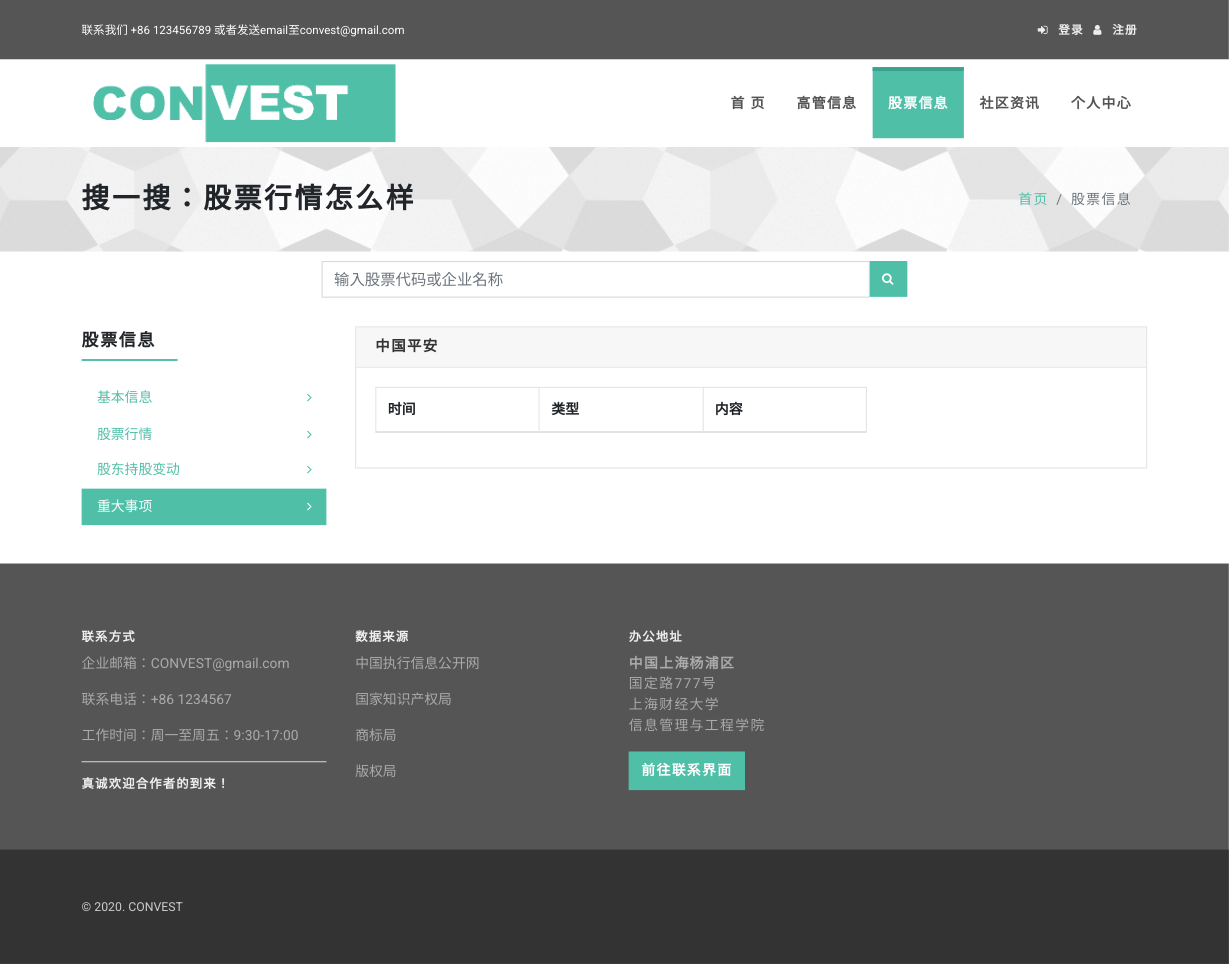
Repository: SUFELYZ/CONVEST
Page: http://localhost/CONVEST/template-blocks.jsp
An editor plug-in stored every save of this project. The page is shown before and after the next save, followed by the edit.
The browser window is 1280 px wide. The pictures show the whole page, at 96% of full size.
The page is served by Tomcat 9.

Above is the page before, as saved 2021-01-05 18:36:03.

After the next save:
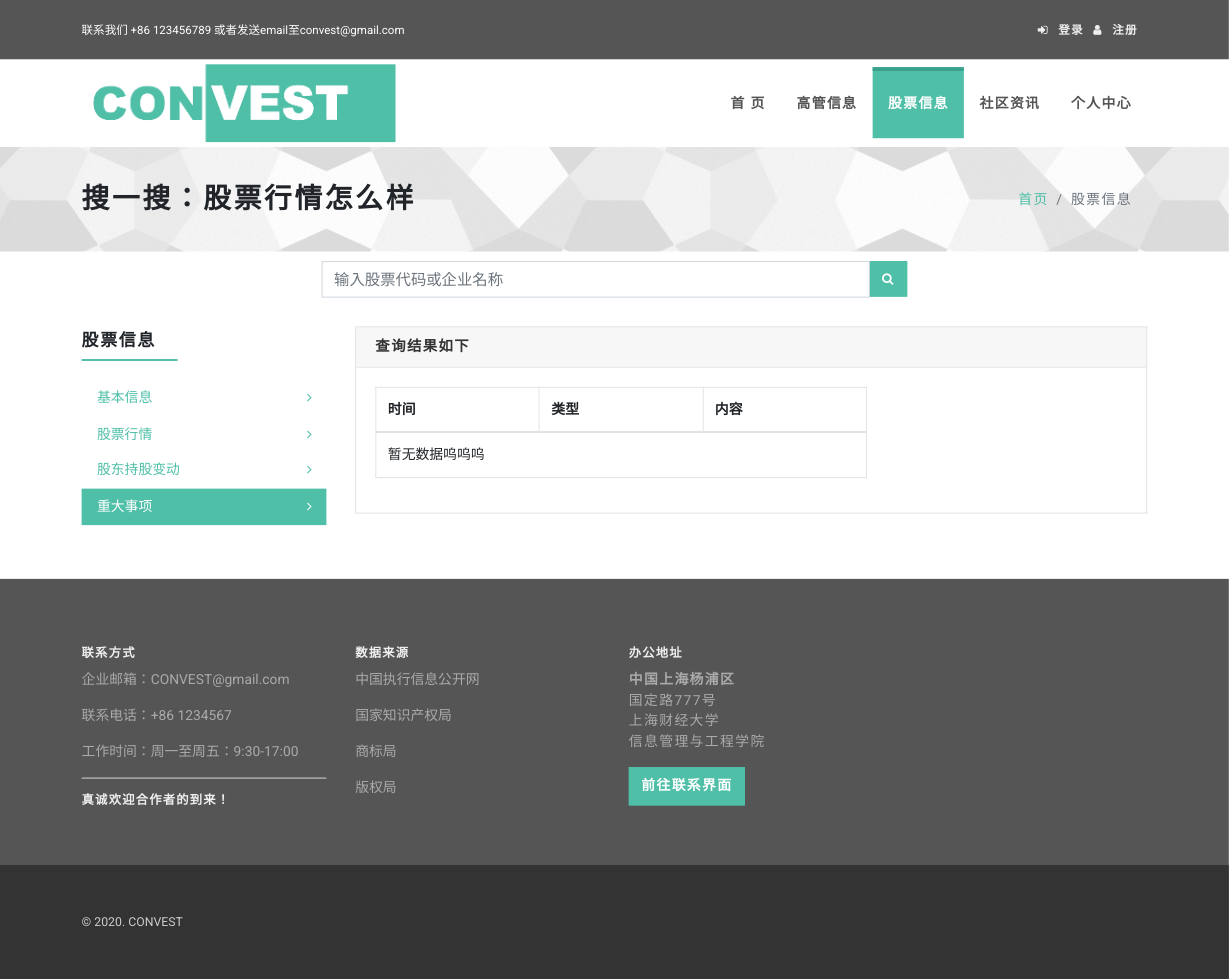
Saved 49 s later.
--- a/CONVEST 1.0/CONVEST/WebContent/template-blocks.jsp
+++ b/CONVEST 1.0/CONVEST/WebContent/template-blocks.jsp
@@ -180,7 +180,7 @@
               <div id="accordion" role="tablist" class="mb-5">
                 <div class="card">
                   <div id="headingOne" role="tab" class="card-header">
-                    <h5 class="mb-0"><a data-toggle="collapse" href="#collapseOne" aria-expanded="true" aria-controls="collapseOne">中国平安</a></h5>
+                    <h5 class="mb-0"><a data-toggle="collapse" href="#collapseOne" aria-expanded="true" aria-controls="collapseOne">查询结果如下</a></h5>
                   </div>
                   <div id="collapseOne" role="tabpanel" aria-labelledby="headingOne" data-parent="#accordion" class="collapse show">
                     <div class="card-body">
@@ -311,6 +311,26 @@
 	    });
 
  });
+  jQuery('#stock_event').dataTable({
+	     "bLengthChange": false, //开关，是否显示每页显示多少条数据的下拉框
+	     'iDisplayLength': 2, //每页初始显示5条记录
+	     'bFilter': false,  //是否使用内置的过滤功能（是否去掉搜索框）
+	     "bInfo": false, //开关，是否显示表格的一些信息(当前显示XX-XX条数据，共XX条)
+	     "bPaginate": false, //开关，是否显示分页器
+	     "bSort": false, //是否可排序
+
+	     "oLanguage": {  //语言转换
+	       "sInfo": "显示第 _START_ 至 _END_ 项结果，共_TOTAL_ 项",
+	       "sZeroRecords": "暂无数据呜呜呜",
+	       "sLengthMenu": "每页显示 _MENU_ 项结果",
+	       "oPaginate": {
+	         "sFirst": "首页",
+	         "sPrevious": "前一页",
+	         "sNext": "后一页",
+	         "sLast": "尾页"
+	       }
+	     }
+	   });
   function login(){
 		var myusername = $("#myusername").val();
 		var mypassword = $("#mypassword").val();
